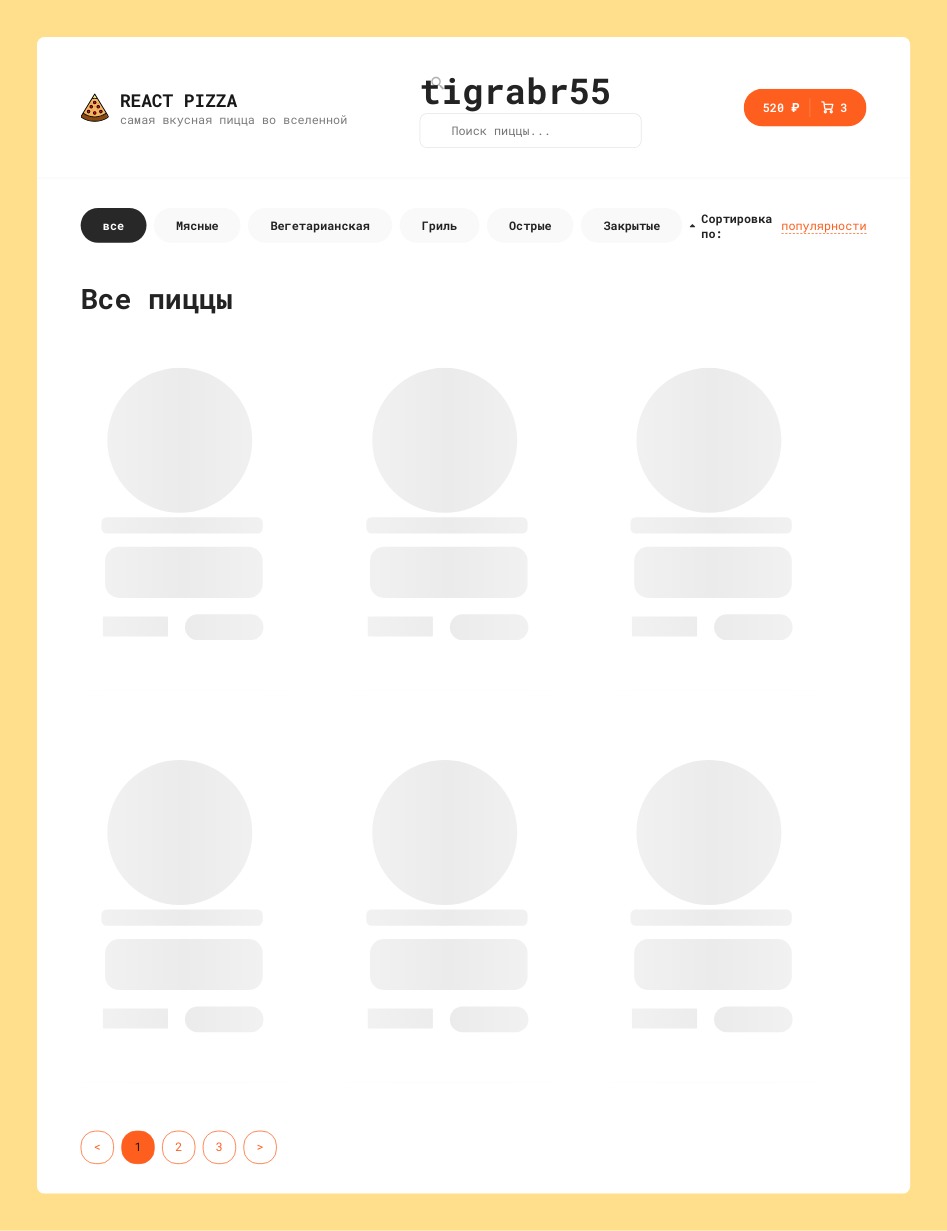
Repository: TI-IT/react-pizza2
Page: /
An editor plug-in stored every save of this project. The page is shown before and after the next save, followed by the edit.
The browser window is 1280 px wide. The pictures show the whole page, at 74% of full size.
The page's requests for data from a server got no answer. The project was rebuilt for these pictures with package versions that can differ from the ones it lists, and the page was loaded fresh each time. No one was signed in, and anything a server would have sent is missing. Also part of the build but not shown: src/components/PizzaBlock.jsx, src/pages/Cart.jsx, src/components/NotFoundBlock/NotFounBlock.module.scss, src/components/NotFoundBlock/index.jsx, src/pages/NotFound.tsx.

Above is the page before, as saved 2022-10-16 09:31:27.

After the next save:
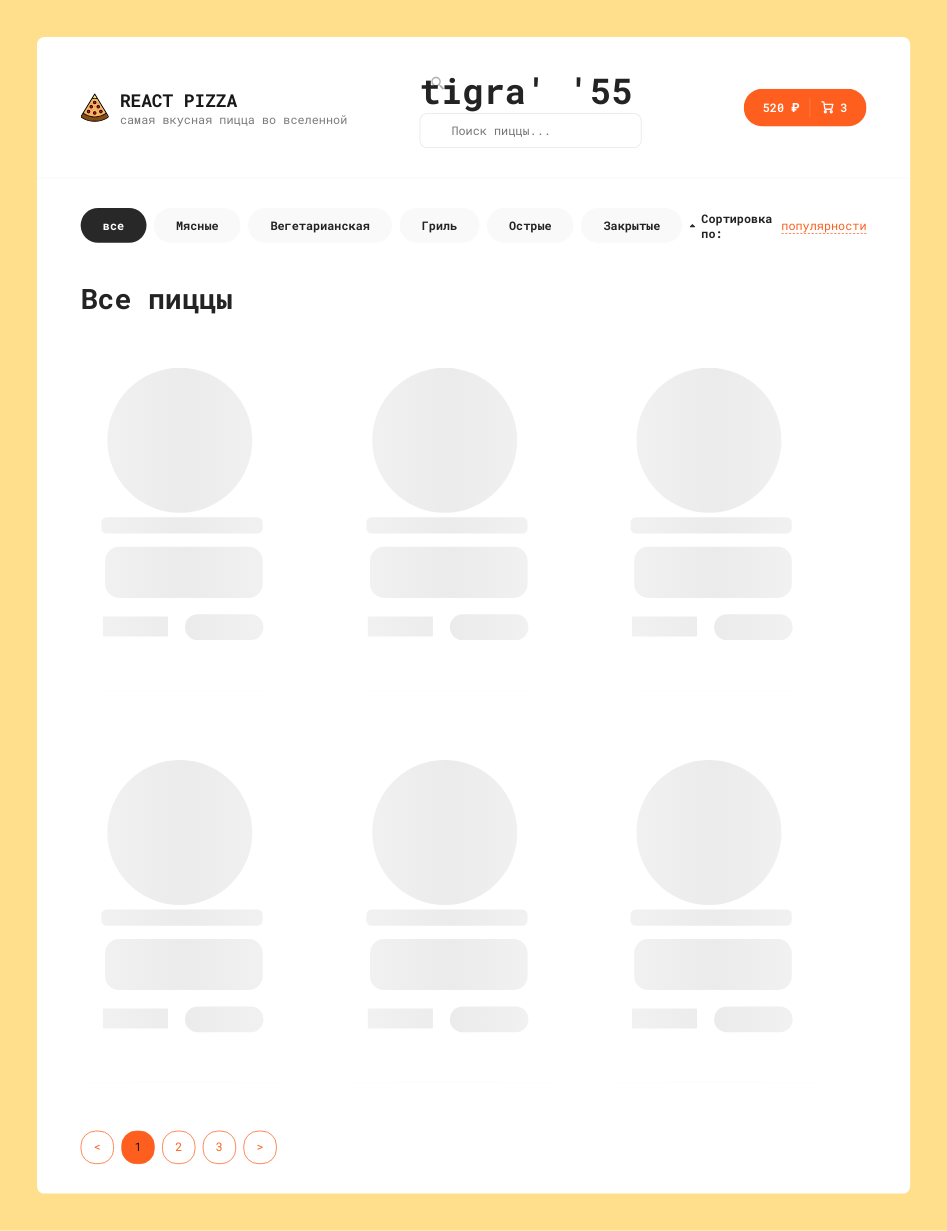
Saved 11 s later.
--- a/src/components/Search/index.jsx
+++ b/src/components/Search/index.jsx
@@ -7,8 +7,7 @@ const Search = () => {
   return (
     <div className={styles.root}>
       <h1>
-        {tt.name}br
-        {tt.id}
+        {tt.name}' '{tt.id}
       </h1>
       <svg
         className={styles.icon}
